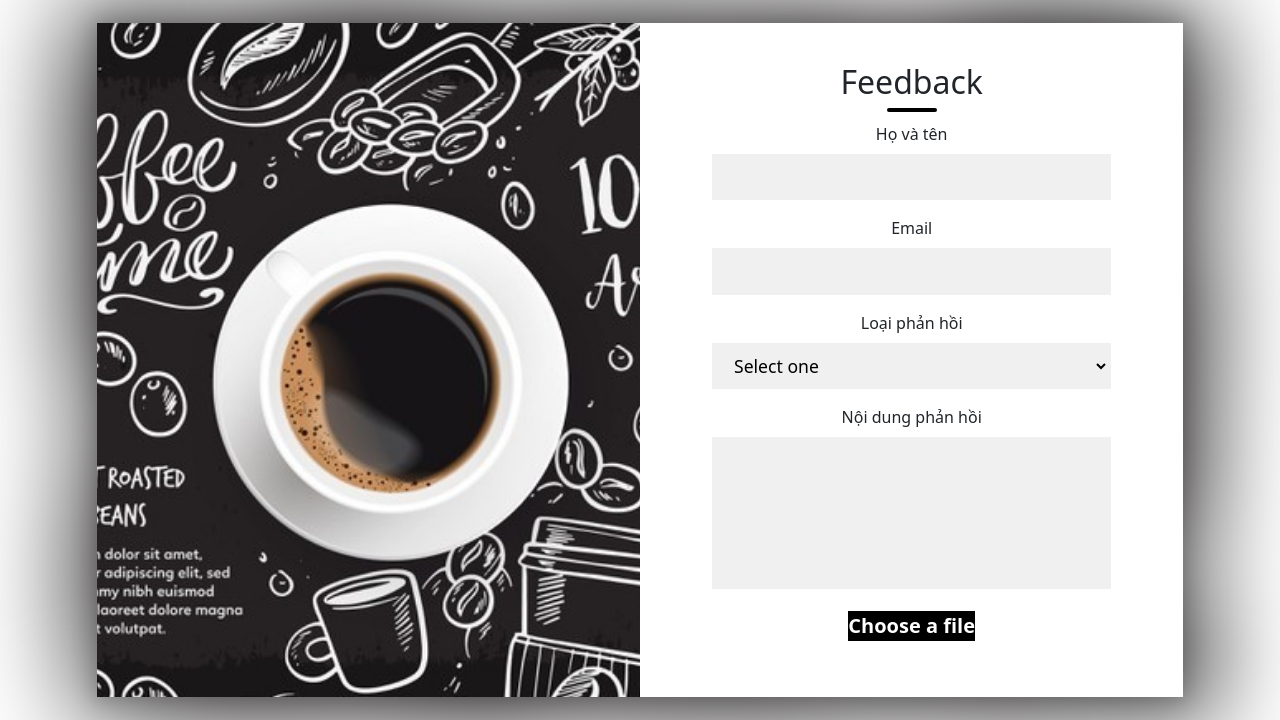
Repository: LeDongGyC/html-css
Page: HTML CSS/prototype/index.html
These files come from the project's save history. The page is drawn as it stood at one moment and after the next save; the edit follows.
The browser window is 1280 px wide. The pictures show the whole page.
The style sheet was rebuilt from its Sass, Less or Tailwind sources for each picture, by a compiler version that may differ from the author's.

Above is the page before, as saved 2023-05-24 10:22:39.

### HTML CSS/prototype/index.html
<!doctype html>
<html lang="en">

<head>
  <title>Title</title>
  <!-- Required meta tags -->
  <meta charset="utf-8">
  <meta name="viewport" content="width=device-width, initial-scale=1, shrink-to-fit=no">
  <link rel="stylesheet" href="style.css">
  <link rel="stylesheet" href="reset.css">
  <!-- <script src="index.js"></script> Bootstrap CSS v5.2.1 -->
  <script>
    var inputs = document.querySelectorAll('.inputfile');
    Array.prototype.forEach.call(inputs, function (input) {
      var label = input.nextElementSibling,
        labelVal = label.innerHTML;
      input.addEventListener('change', function (e) {
        var fileName = '';
        if (this.files && this.files.length > 1)
          fileName = (this.getAttribute('data-multiple-caption') || '').replace('{count}', this.files.length);
        else
          fileName = e.target.value.split('\\').pop();

        if (fileName)
          label.querySelector('span').innerHTML = fileName;
        else
          label.innerHTML = labelVal;
      });
    });
  </script>
  <link href="https://cdn.jsdelivr.net/npm/bootstrap@5.2.1/dist/css/bootstrap.min.css" rel="stylesheet"
    integrity="sha384-iYQeCzEYFbKjA/T2uDLTpkwGzCiq6soy8tYaI1GyVh/UjpbCx/TYkiZhlZB6+fzT" crossorigin="anonymous">

</head>

<body>
  <div class="container">
    <div class="feedback-box">
      <div class="feedback-box_left"></div>
      <div class="feedback-box_right">
        <h2 class="feedback-box_right-title">Feedback</h2>
        <div class="mb-3">
          <label for="name" class="form-label">Họ và tên</label>
          <input type="text" class=" feedback-box_right-item" name="" id="name" aria-describedby="helpId"
            placeholder="">
        </div>
        <div class="mb-3">
          <label for="email" class="form-label">Email</label>
          <input type="text" class=" feedback-box_right-item" name="" id="email" aria-describedby="helpId"
            placeholder="">
        </div>
        <div class="mb-3">
          <label for="" class="form-label">Loại phản hồi</label>
          <select class="feedback-box_right-item " name="" id="">
            <option selected>Select one</option>
            <option value="" class="feedback-box_right-item-selected">Option 1</option>
            <option value="" class="feedback-box_right-item-selected">Option 2</option>
            <option value="" class="feedback-box_right-item-selected">Option 3</option>
          </select>
        </div>
        <div class="mb-3">
          <label for="feedback" class="form-label">Nội dung phản hồi</label>
          <textarea type="" class=" feedback-box_right-item" name="" id="feedback" aria-describedby="helpId"
            placeholder="" rows="5"></textarea>
        </div>
        <div class="mb-3">
          <input type="file" name="file" id="file" class="inputfile" data-multiple-caption="{count} files selected"
            multiple />
          <label for="file">Choose a file</label>
        </div>
      </div>
    </div>
  </div>
  <!-- Bootstrap JavaScript Libraries -->
  <!-- <script src="https://cdn.jsdelivr.net/npm/@popperjs/core@2.11.6/dist/umd/popper.min.js"
    integrity="sha384-oBqDVmMz9ATKxIep9tiCxS/Z9fNfEXiDAYTujMAeBAsjFuCZSmKbSSUnQlmh/jp3" crossorigin="anonymous">
    </script>

  <script src="https://cdn.jsdelivr.net/npm/bootstrap@5.2.1/dist/js/bootstrap.min.js"
    integrity="sha384-7VPbUDkoPSGFnVtYi0QogXtr74QeVeeIs99Qfg5YCF+TidwNdjvaKZX19NZ/e6oz" crossorigin="anonymous">
    </script> -->
</body>

</html>

### HTML CSS/prototype/style.scss
* {
  box-sizing: border-box;
}
html {
  font-size: 62.5%;
}
body {
  font-size: 1.6rem;
  font-family: "Arial", sans-serif;
  font-weight: normal;
  height: 100vh;
  width: 100%;
}
.container {
  position: relative;
  width: 100%;
  height: 100%;
  display: flex;
  justify-content: center;
  align-items: center;
  padding: 2rem 10rem;
  &::after {
    content: "";
    position: absolute;
    width: 100%;
    height: 100%;
    left: 0;
    top: 0;
    background: url("cafe.jpg") no-repeat center;
    background-size: cover;
    filter: blur(50px);
    z-index: -1;
  }
}
.feedback-box {
  max-width: 100rem;
  display: grid;
  grid-template-columns: repeat(2, 1fr);
  justify-content: center;
  align-items: center;
  text-align: center;
  background-color: #fff;
  box-shadow: 0px 0px 19px 5px rgba(0, 0, 0, 0.19);
  &_left {
    background: url("cafe.jpg") no-repeat center;
    display: block;
    background-size: cover;
    // object-fit: cover;
    height: 100%;
  }
  &_right {
    padding: 2.5rem 4.5rem;
    &-title {
      position: relative;
      padding: 0 0 10px;
      margin-bottom: 10px;
      &::after {
        content: "";
        position: absolute;
        left: 50%;
        bottom: 0;
        transform: translateX(-50%);
        height: 4px;
        width: 50px;
        border-radius: 2px;
        background-color: black;
      }
    }
    &-item {
      width: 100%;
      border: 2px solid rgba(0, 0, 0, 0);
      outline: none;
      background-color: rgba(230, 230, 230, 0.6);
      padding: 0.5rem 1rem;
      font-size: 1.1rem;
      //   margin-bottom: 22px;
      transition: 0.3s;
      &:hover {
        background-color: rgba(0, 0, 0, 0.1);
      }
      &:focus {
        border: 2px solid rgba(30, 85, 250, 0.47);
        background-color: #fff;
      }
      &:last-child {
        resize: none;
      }
    }
  }
}
.inputfile {
	width: 0.1px;
	height: 0.1px;
	opacity: 0;
	overflow: hidden;
	position: absolute;
	z-index: -1;
}
.inputfile + label {
    font-size: 1.25em;
    font-weight: 700;
    color: white;
    background-color: black;
    display: inline-block;
    cursor: pointer;
}

.inputfile:focus + label,
.inputfile + label:hover {
    background-color: red;
}

Loaded but not shown: HTML CSS/prototype/reset.css (common file)

After the next save:
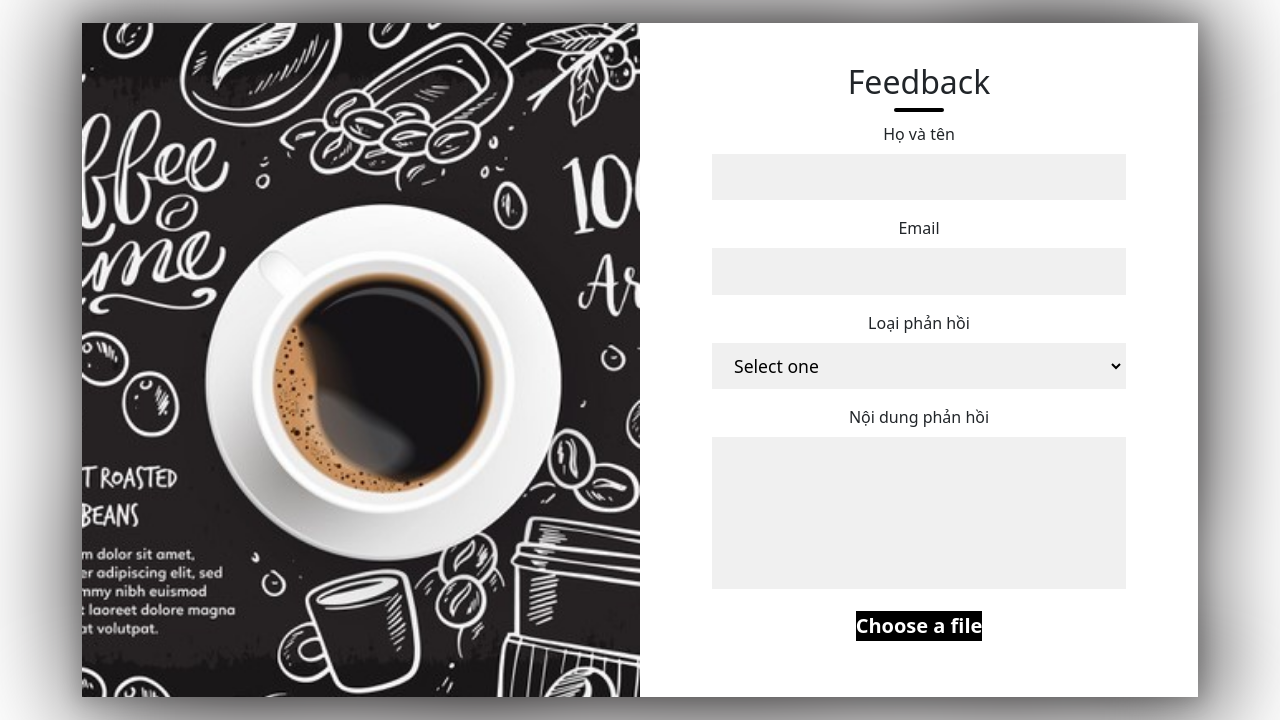
Saved 5 s later.
--- a/HTML CSS/prototype/style.scss
+++ b/HTML CSS/prototype/style.scss
@@ -33,7 +33,7 @@
   }
 }
 .feedback-box {
-  max-width: 100rem;
+  width: 100rem;
   display: grid;
   grid-template-columns: repeat(2, 1fr);
   justify-content: center;

After the save that followed:
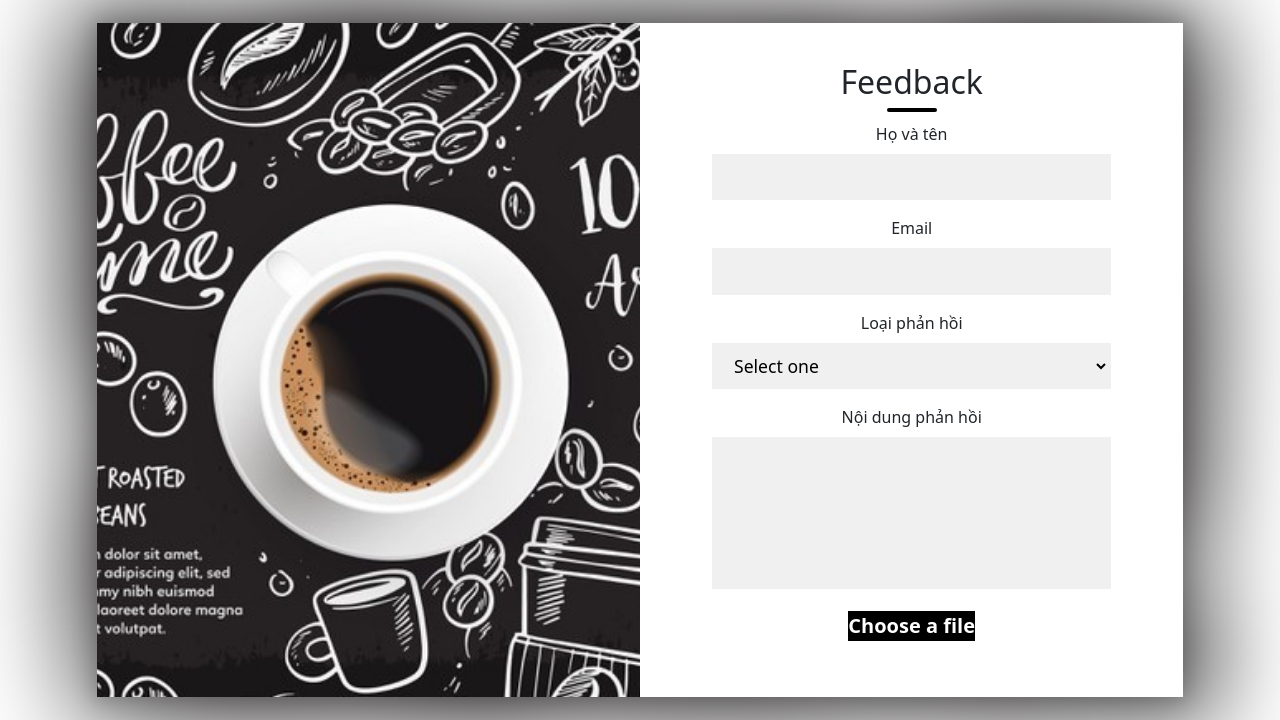
Saved 6 s later.
--- a/HTML CSS/prototype/style.scss
+++ b/HTML CSS/prototype/style.scss
@@ -33,7 +33,7 @@
   }
 }
 .feedback-box {
-  width: 100rem;
+  max-width: 100rem;
   display: grid;
   grid-template-columns: repeat(2, 1fr);
   justify-content: center;
